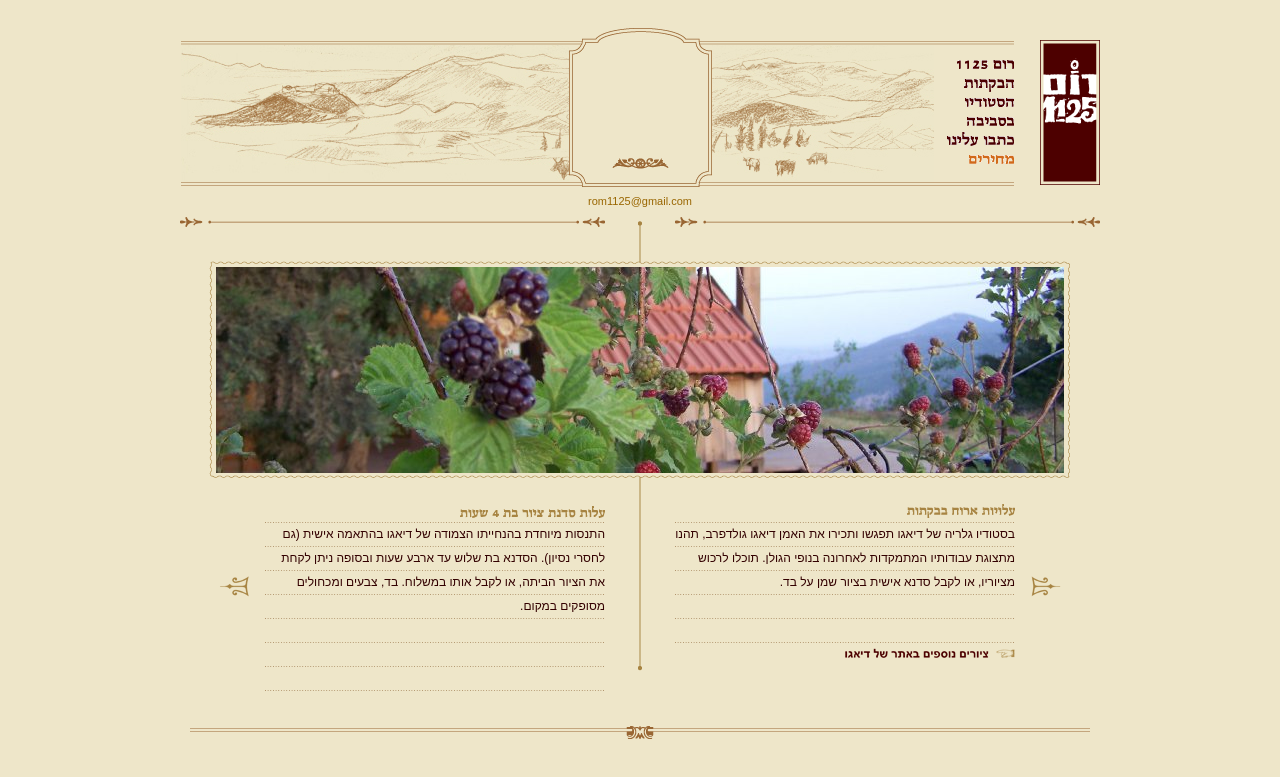
Repository: asafg/rom1125
Page: rom1125/WebContent/prices.html
An editor plug-in stored every save of this project. The page is shown before and after the next save, followed by the edit.
The browser window is 1280 px wide. The pictures show the whole page.

Above is the page before, as saved 2010-05-22 18:58:28.

### rom1125/WebContent/prices.html
<!DOCTYPE html PUBLIC "-//W3C//DTD XHTML 1.1//EN" "http://www.w3.org/TR/xhtml11/DTD/xhtml11.dtd">
<html xmlns="http://www.w3.org/1999/xhtml">

<head>
  <meta http-equiv="Content-Type" content="text/html; charset=utf-8"/>
  <title>רום 1125 - מחירים</title>
  <link rel="stylesheet" href="css/common.css" type="text/css" media="screen"/>
  <link rel="stylesheet" href="css/studio.css" type="text/css" media="screen"/>
</head>
<body>
<div id="main">
<!-- header -->
<div id="header">
<img id="logo" src="images/logo.png"/>
<div id="header_without_logo"><!-- The part of the header left of the logo -->
<div id="header_top"><img src="images/header_top.png"/></div>
<div id="toolbar_buttons">
<a id="home_link" href="index.html"><img src="images/blank.gif"/></a>
<a id="huts_link" href="huts.html"><img src="images/blank.gif"/></a>
<a id="studio_link" href="studio.html"><img src="images/blank.gif"/></a>
<a id="env_link" href="env.html"><img src="images/blank.gif"/></a>
<a id="media_link" href="media.html"><img src="images/blank.gif"/></a>
<img src="images/mehirim_hl.gif"/>
</div><!-- toolbar_buttons -->
<div class="header_image"><img src="images/header_right.jpg"/></div>
<div class="header_image"><img src="images/header_middle.png"/></div>
<div class="header_image"><img src="images/header_left.jpg"/></div>
<div id="header_bottom"><img id="header_bottom_image" src="images/header_bottom.png"/></div>
</div><!-- header_without_logo-->
<div id="email_address_div">
<a href="mailto:rom1125@gmail.com" class="email_address">rom1125@gmail.com</a>
</div><!-- email_address_div -->
</div><!-- header -->
<!-- now for the separators -->
<div id="right_part">
<img src="images/top_horiz_sep.png" class="sep_image"/>
</div><!-- right -->
<div id="top_vert_sep">
<img src="images/top_ball.png" class="sep_image"/>
<div id="top_vert_bar"></div>
</div><!-- top_vert_sep -->
<div id="left_part">
<img src="images/top_horiz_sep.png" class="sep_image"/>
</div><!-- left -->
<div id="frame">
<img id="prices_wide_photo" src="images/prices_wide_photo.jpg"/>
</div><!-- frame -->
<div id="bottom_right_part">
<div id="right_studio_orn">
<img src="images/right_studio_orn.png"/>
</div><!-- right_studio_orn -->
<div id="right_page_text">
<img src="images/prices_title1.png"/><br/>
<div class="page_text">
בסטודיו גלריה של דיאגו תפגשו ותכירו את האמן דיאגו גולדפרב,
תהנו מתצוגת עבודותיו המתמקדות לאחרונה בנופי הגולן.
תוכלו לרכוש מציוריו, או לקבל סדנא אישית בציור שמן על בד.
<br/>
<br/>
<br/>
<div id="studio_link">
<a href="http://www.yessy.com/DiegoGoldfarb/"><img class="left_arrow_small" src="images/blank.gif"/><img id="studio_link_image" src="images/blank.gif"/></a>
</div><!-- studio_link -->
</div><!-- page_text -->
</div><!-- right_page_text -->
</div><!-- bottom_right_part -->
<div id="bottom_vert_sep">
<div id="bottom_vert_bar"></div>
<img src="images/bottom_ball.png" class="sep_image"/>
</div><!-- bottom_vert_sep -->
<div id="bottom_left_part">
<div id="left_page_text">
<img src="images/prices_title2.png"/><br/>
<div class="page_text">
התנסות מיוחדת בהנחייתו הצמודה של דיאגו בהתאמה אישית
(גם לחסרי נסיון). הסדנא בת שלוש עד ארבע שעות ובסופה ניתן לקחת את
הציור הביתה, או לקבל אותו במשלוח. בד, צבעים ומכחולים מסופקים במקום.
<br/>
<br/>
<br/>
<br/>
<br/>
</div><!--  page text -->
</div><!-- left_page_text -->
<div id="left_studio_orn">
<img src="images/left_studio_orn.png"/>
</div><!-- left_studio_orn -->
</div>
<div id="footer">
<img src="images/footer_sep.png" class="sep_image"/>
</div><!-- footer -->
</div><!-- main -->
</body>
</html>

### rom1125/WebContent/css/common.css
body
{
	background-color: #EEE6C9;
	margin: 0px;
	padding: 0px;
}

#main
{
	width: 1000px;
	height: 750px;
	direction: rtl;
	margin-left: auto;
   	margin-right: auto;
}

/* beginning of header definitions */

#header
{
	margin-top: 27px;
}

#logo
{
	width: 60px;
	margin-top: 13px;
	margin-right: 40px;
	float: right;
}

#header_without_logo
{
	margin-right: 26px;
	margin-top: 1px;
	padding: 0px;
	width: 834px;
	float: right;
}

#header_top
{
	margin: 0px;
	padding: 0px;
	height: 17px;
	float: right;
	display: block;
}

#header_bottom
{
	margin: 0px;
	padding: 0px;
	height: 5px;
	float: right;
	display: block;
}

#header_bottom_image
{
	margin: 0px;
	padding: 0px;
	vertical-align: top;
}

.header_image
{
	margin: 0px;
	padding: 0px;
	height: 137px;
	float: right;
	display: block;
}

#toolbar_buttons
{
	margin-top: 11px;
	margin-left: 13px;
	float: right;
}

#toolbar_buttons img
{
	margin: 0px 0px 2px 0px; width: 67px; height: 17px; padding: 0px; display: block; border-width: 0px;
}

/*toolbar buttons images are set as background images in order to allow rollover effect using css (no javascript) */
#toolbar_buttons a#home_link   img {background: url("../images/rom.gif") top left no-repeat;}
#toolbar_buttons a#huts_link   img {background: url("../images/biktot.gif") top left no-repeat;}
#toolbar_buttons a#studio_link img {background: url("../images/studio.gif") top left no-repeat;}
#toolbar_buttons a#env_link    img {background: url("../images/sviva.gif") top left no-repeat;}
#toolbar_buttons a#media_link  img {background: url("../images/katvu.gif") top left no-repeat;}
#toolbar_buttons a#prices_link img {background: url("../images/mehirim.gif") top left no-repeat;}

#toolbar_buttons a#home_link:hover   img {background: url("../images/rom_hl.gif") top left no-repeat;}
#toolbar_buttons a#huts_link:hover   img {background: url("../images/biktot_hl.gif") top left no-repeat;}
#toolbar_buttons a#studio_link:hover img {background: url("../images/studio_hl.gif") top left no-repeat;}
#toolbar_buttons a#env_link:hover    img {background: url("../images/sviva_hl.gif") top left no-repeat;}
#toolbar_buttons a#media_link:hover  img {background: url("../images/katvu_hl.gif") top left no-repeat;}
#toolbar_buttons a#prices_link:hover img {background: url("../images/mehirim_hl.gif") top left no-repeat;}

#email_address_div
{
	padding-top: 8px;
	margin-left: auto;
    margin-right: auto;
	font-family: arial, sans-serif;
	font-size: 11px;
	display: block;
	text-align: center;
	clear: both;
}

a.email_address:link, a.email_address:active, a.email_address:focus, a.email_address:visited
{
	color: #996600;
	text-decoration: none;
}

a.email_address:hover
{
	color: #CC6600;
	text-decoration: none;
}

/* end of header definitions */

#right_part
{
	width: 425px;
	margin-top: 10px;
	margin-right: 40px;
	float: right;
}

#vert_sep
{
	float: right;
	margin: 14px 33px 0px 33px;
	padding: 0px;
}

#vert_bar
{
	width: 2px;
	height: 440px;
	margin: 0 1px 0 1px;
	background-color: #cbb787;
}

#left_part
{
	width: 425px;
	margin-top: 10px;
	margin-left: 0px;
	float: right;
}

.sep_image
{
	padding: 0;
	display: block;
}

#footer
{
	margin: 0px 50px 0px 50px;
	padding-top: 33px;
	float: none;
	clear: both;
}

### rom1125/WebContent/css/studio.css
#frame
{
	background-image: url("../images/studio_frame.png");
	background-repeat: no-repeat;
	height: 217px;
	margin: 54px 0 0 69px;
	padding: 0;
}

#prices_wide_photo
{
	margin: 6px 76px;
}

#bottom_right_part
{
	width: 425px;
	height: 125px;
	margin-top: 10px;
	margin-right: 40px;
	float: right;
}

#top_vert_sep
{
	margin: 14px 33px 0px 33px;
	float: right;
}

#top_vert_bar, #bottom_vert_bar
{
	width: 2px;
	margin: 0 1px 0 1px;
	background-color: #cbb787;
}

#top_vert_bar
{
	height: 35px;
}

#bottom_vert_bar
{
	height: 188px;
}

#bottom_vert_sep
{
	margin: 0px 33px 0 33px;
	float: right;
}

#bottom_left_part
{
	width: 425px;
	margin-top: 10px;
	margin-left: 0px;
	float: right;
}

#right_page_text, #left_page_text
{
	float: right;
	margin-top: 16px;
}

#right_page_text
{
	margin-right: 16px;
}

.page_text
{
	background-image: url("../images/dashed_line.png");
	background-repeat:repeat-y;
	float: right;
	width: 340px;
	line-height: 200%;
	font-family: arial;
	font-size: 12px;
	color: #330000;
}

#studio_ext_link
{
	margin: 4px 2px 0 0;
}

.left_arrow_small
{
	background-image: url("../images/left_arrow_small.png");
	border: 0;
	height: 9px;
	margin: 0 0 0 7px;
	width: 19px;
}

a:hover img.left_arrow_small
{
	background-image: url("../images/left_arrow_small_hl.png");
}

#studio_link_image
{
	background-image: url("../images/studio_link.png");
	border: 0;
	height: 10px;
	width: 144px;
}

a:hover #studio_link_image
{
	background-image: url("../images/studio_link_hl.png");
}

#right_studio_orn
{
	display: block;
	float: right;
	margin: 88px 39px 0 0;
	padding: 0;
	width: 30px;
	height: 21px;
}

#left_studio_orn
{
	display: block;
	float: right;
	margin: 88px 16px 0 0;
	padding: 0;
	width: 30px;
	height: 21px;
}

#footer
{
	padding-top: 12px;
}

.text_column
{
	background-image: url("../images/dashed_line.png");
	background-repeat: repeat-y;
	float: right;
	width: 205px;
	height: 409px;
	border: 0px solid black;
}

#columns_spacer
{
	float: right;
	width: 16px;
	height: 409px;
	border: 0px solid green;
}

/* image gallery */
#photo_frame
{
	position: relative;
	margin-top: 34px;
	width: 425px;
	height: 313px;
	overflow: hidden;
}

#photo_frame img
{
	padding: 6px 6px 0px 0px;
}

#photo_frame_overlay
{
	position:absolute; top:0; left:0; width: 100%; height: 100%; z-index:998;
	background: url("../images/frame_big.png") no-repeat center;
}

/* hide the slide show of the second hut */
#thumbnails_panel2, #slideshow2
{
	display: none;
}

#thumbnails_panel1, #thumbnails_panel2
{
	margin-top: 11px;
	width: 354px;
}

#upper_gallery_strip1, #upper_gallery_strip2
{
	margin: 12px 60px 7px 0px;
	float: right;
}

#lower_gallery_strip1, #lower_gallery_strip2
{
	margin: 6px 60px 0px 0px;
	float: right;
}

#thumbnails_toolbar1, #thumbnails_toolbar2
{
	margin-right: 35px;
	width: 354px;
}

#right_arrow1, #right_arrow2
{
	width: 24px;
	height: 11px;
	margin: 24px 0px 0px 3px;
	vertical-align: middle;
	clear: both;
	float: right;
	display: block;
	border: 0px;
}

img.right_arrow
{
	background: url("../images/right_arrow.gif") top left no-repeat;
}

img.right_arrow:hover
{
	background: url("../images/right_arrow_hl.gif") top left no-repeat;
}

img.right_arrow_disabled
{
	background: url("../images/right_arrow_da.png") top left no-repeat;
}

#left_arrow1, #left_arrow2
{
	width: 24px;
	height: 11px;
	margin: 24px 3px 0px 0px;
	float: right;
	border: 0px;
}

img.left_arrow
{
	background: url("../images/left_arrow.gif") top left no-repeat;
}

img.left_arrow:hover
{
	background: url("../images/left_arrow_hl.gif") top left no-repeat;
}

img.left_arrow_disabled
{
	background: url("../images/left_arrow_da.png") top left no-repeat;
}

#thumbnails1, #thumbnails2
{
	position: relative;
	width: 300px;
	height: 54px;
	float: right;
	overflow: hidden;
}

#thumbnails_wrapper1, #thumbnails_wrapper2
{
	position: absolute;
	width: 420px;
	height: 54px;
	/*float: right;*/
}

.thumbnail
{
	background: url("../images/frame_small.png") no-repeat center;
	margin-left: 3px;
	margin-right: 3px;
	width: 54px;
	height: 54px;
	float: right;
}

div.thumbnail:hover
{
	background: url("../images/frame_small_hl.png") no-repeat center;
	margin-left: 3px;
	margin-right: 3px;
	width: 54px;
	height: 54px;
	float: right;
}

img.thumbnail
{
	margin: 4px 4px auto;
	width: 46px;
	height: 46px;
	border: 1px black;
}
/* end of image gallery */

After the next save:
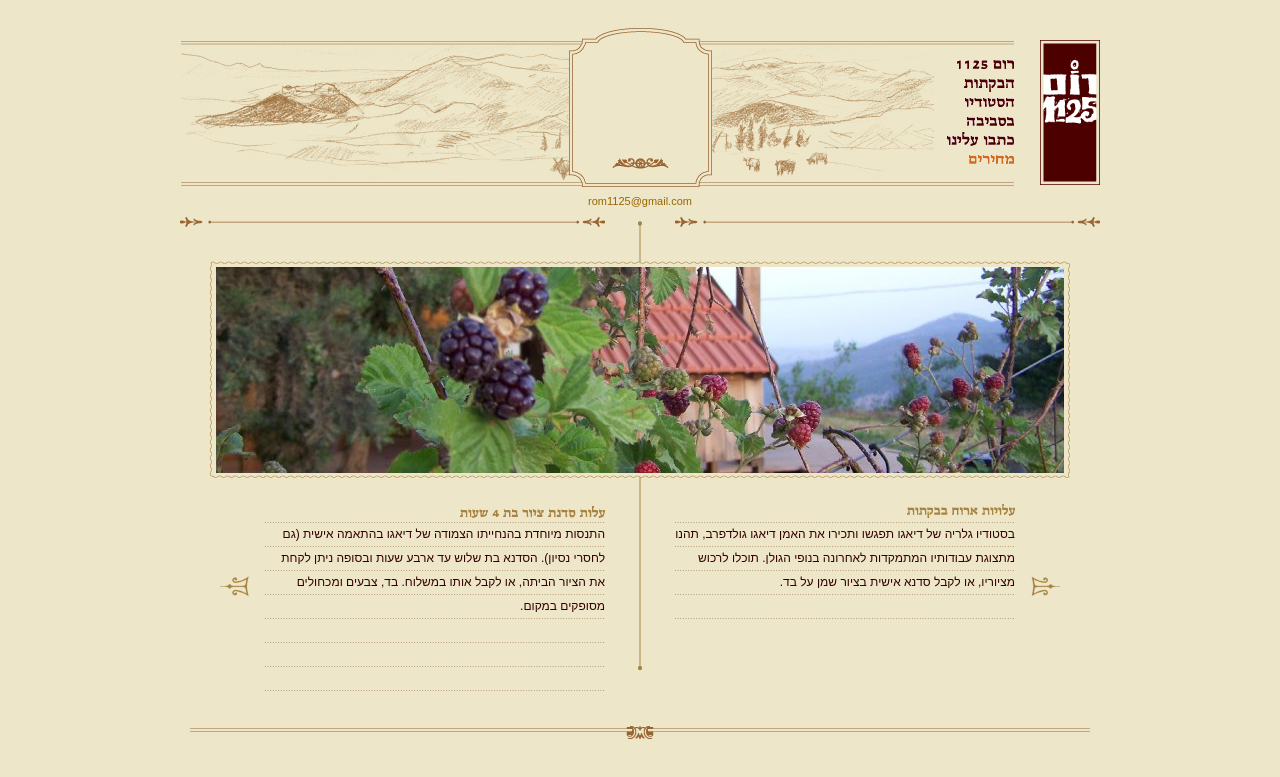
Saved 3 min 2 s later.
--- a/rom1125/WebContent/prices.html
+++ b/rom1125/WebContent/prices.html
@@ -58,9 +58,6 @@
 <br/>
 <br/>
 <br/>
-<div id="studio_link">
-<a href="http://www.yessy.com/DiegoGoldfarb/"><img class="left_arrow_small" src="images/blank.gif"/><img id="studio_link_image" src="images/blank.gif"/></a>
-</div><!-- studio_link -->
 </div><!-- page_text -->
 </div><!-- right_page_text -->
 </div><!-- bottom_right_part -->
